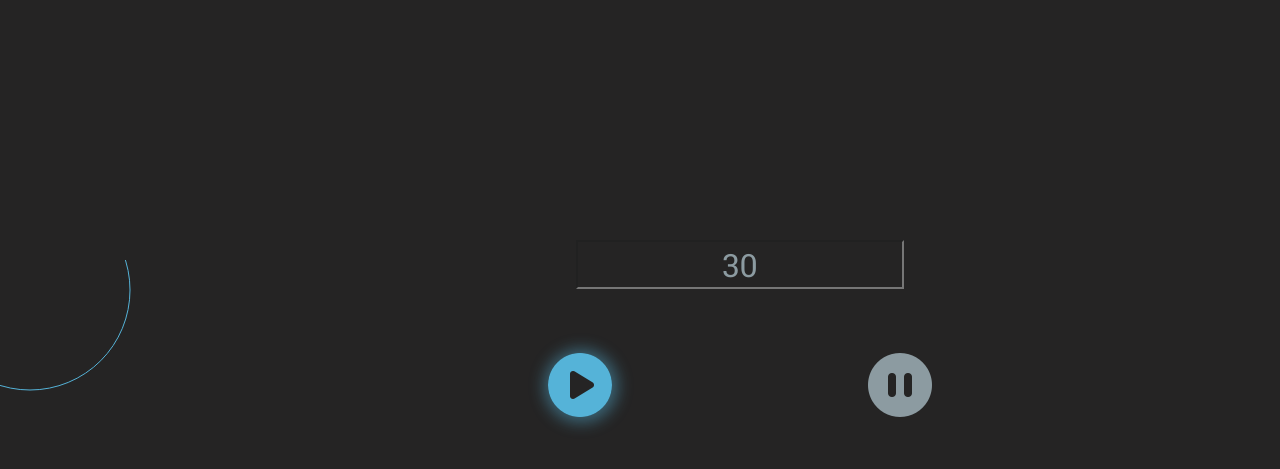
Repository: Sbethm/javascript-challenges
Page: index.html
The author's editor kept a copy of each file at every save. The page is drawn from the files as they stood at one save, then again after the next save.
The browser window is 1280 px wide. The pictures show the whole page.
Some web libraries are served in a nearby version. The style sheet was rebuilt from its Sass, Less or Tailwind sources for each picture, by a compiler version that may differ from the author's.

Above is the page before, as saved 2021-09-17 15:37:28.

### index.html
<!DOCTYPE html>
<html lang="en">
<head>
    <meta charset="UTF-8">
    <meta http-equiv="X-UA-Compatible" content="IE=edge">
    <meta name="viewport" content="width=device-width, initial-scale=1.0">
    <link rel="stylesheet" href="./CSS/main.css">
    <link rel="preconnect" href="https://fonts.googleapis.com">
    <link rel="preconnect" href="https://fonts.gstatic.com" crossorigin>
    <link href="https://fonts.googleapis.com/css2?family=Roboto+Slab&display=swap" rel="stylesheet">
    <script src="https://kit.fontawesome.com/4348baf125.js" crossorigin="anonymous"></script>
    <title>SarahMoosa: JavaScript Challenges</title>
</head>
<body>
    <header></header>
    <main>
        <svg height="200" width="200">
            <circle r="100" cx="30" cy="30"\>
        </svg>
        <div class="container">
            <input type="text" value="30">
            <i class="fas fa-play-circle active"></i>
            <i class="fas fa-pause-circle"></i>
        </div>
    </main>
    <script src="./JS/timerClass.js"></script>
    <script src="./JS/apps.js"></script>
</body>
</html>

### JS/timerClass.js
class Timer {
    constructor(durationInput, playBtn, pauseBtn) {
        this.durationInput = durationInput;
        this.playBtn = playBtn;
        this.pauseBtn = pauseBtn;

        this.playBtn.addEventListener('click', this.start);
        this.pauseBtn.addEventListener('click', this.pause);
    }

    start = () => {
        this.tick();
        this.interval = setInterval(this.tick, 1000);

        playBtn.classList.remove('active');
        pauseBtn.classList.add('active');
        // for(let i = durationInput; durationInput > 0; i--){
        //     setTimeout(this.tick, 1000);
        // }
    };

    pause = () => {
        clearInterval(this.interval);

        pauseBtn.classList.remove('active');
        playBtn.classList.add('active');
    };

    tick = () => {
        if(this.timeRemaining > 0){
            this.timeRemaining = this.timeRemaining - 1;
        } else {
            this.pause();
        }

    };

    get timeRemaining () {
        return parseFloat(this.durationInput.value);
    }
    set timeRemaining (time) {
        this.durationInput.value = time;
    }
}

### JS/apps.js
const playBtn = document.querySelector('.fa-play-circle ');
const pauseBtn = document.querySelector('.fa-pause-circle ');
const input = document.querySelector('input');

//Reusable Timer Class


const timer1 = new Timer(input, playBtn, pauseBtn);








// //FUNCTIONS
// function startTimer() {
//     let inputNum = document.querySelector('input').value;

//     let countDownNum = Number(inputNum);

//     if(!countDownNum || countDownNum !== Math.floor(countDownNum)) {
//         console.log("WHOLE NUMBERS ONLY!")
//     } else {
//         countDownNum--;
//         inputNum = countDownNum;
//         console.log(inputNum);
//     }
// }

// function pauseTimer() {

// }



// playBtn.addEventListener('click', () => {
//     //Btn style change
//     playBtn.classList.remove('active');
//     pauseBtn.classList.add('active');

//     //Input countdown
//     startTimer()


// })

// pauseBtn.addEventListener('click', () => {
//     //Btn style change
//     pauseBtn.classList.remove('active');
//     playBtn.classList.add('active');

//     //Pause Timer
//     pauseTimer();
// })

### SCSS/main.scss
@import "./variables";

body {
    background-color: rgb(37, 36, 36);
    margin: 0;
}

main{
    height: 100vh;
    display: flex;
    align-items: center;
    justify-content: center;
}

svg{


    & circle {
        fill: rgb(37, 36, 36);
        stroke: $activeColor;
    }
}


.container {
    display: grid;
    grid-template-columns: Max(8rem, 50%) Max(8rem, 50%);
    grid-row: 25% 75%;
    width: Max(500px, 50%);
    padding: 1em;
    margin: 0 auto;
    //Used to style Input font
    font-family: 'Roboto Slab', serif;
    font-size: 2rem;
}

input {
    width: 50%;
    grid-area: 1 / 1 / 2 / 3;
    margin: 0 auto;
    background-color:  rgb(37, 36, 36);
    text-align: center;
    //Uses styles from parent .container
    font-family: inherit;
    font-size: 100%;
}

input[type='text']{
    color: $inactiveColor;
}

i {
    margin: 1em auto;
    font-size: Max(2rem, 4rem);
    color: $inactiveColor;
    border-radius: 50%;
}

.fa-play-circle {
    grid-area: 2 / 1 / 3 / 2;
}

.fa-pause-circle {
    grid-area: 2 / 2 / 3 / 3;
}

.active {
    color: $activeColor;
    box-shadow: 1px 1px 15px 5px rgba(85,179,216,0.46);
}
// rgb(85, 179, 216)
.inactive {
    color: $inactiveColor;
    box-shadow: none;
}

### SCSS/_variables.scss
//COLORS
$activeColor: hsl(197, 63%, 59%);
$inactiveColor: hsl(197, 10%, 59%);

After the next save:
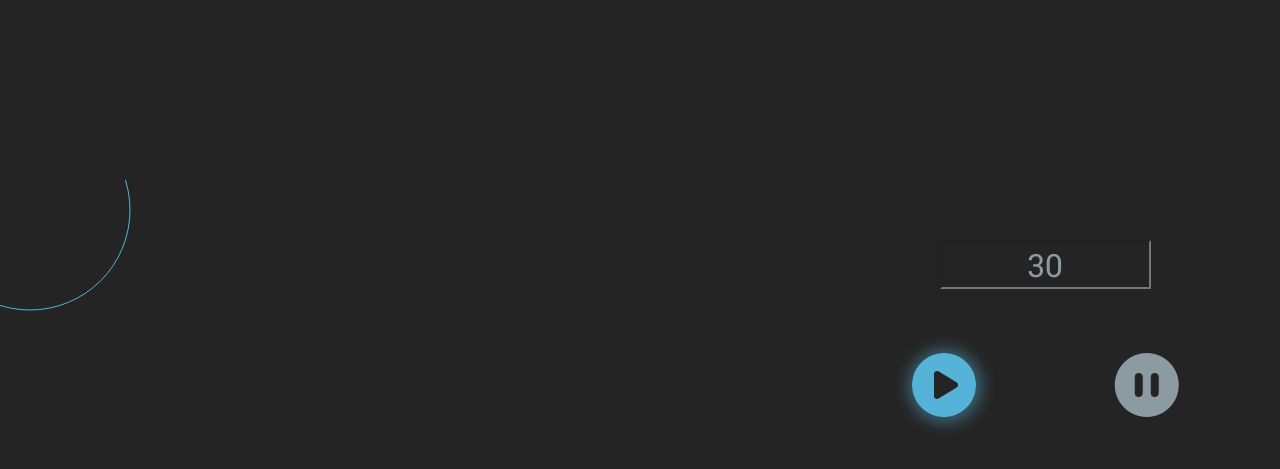
Saved 5 s later.
--- a/SCSS/main.scss
+++ b/SCSS/main.scss
@@ -13,6 +13,8 @@ main{
 }
 
 svg{
+    width: 100vw;
+    height: 50vh;
 
 
     & circle {
